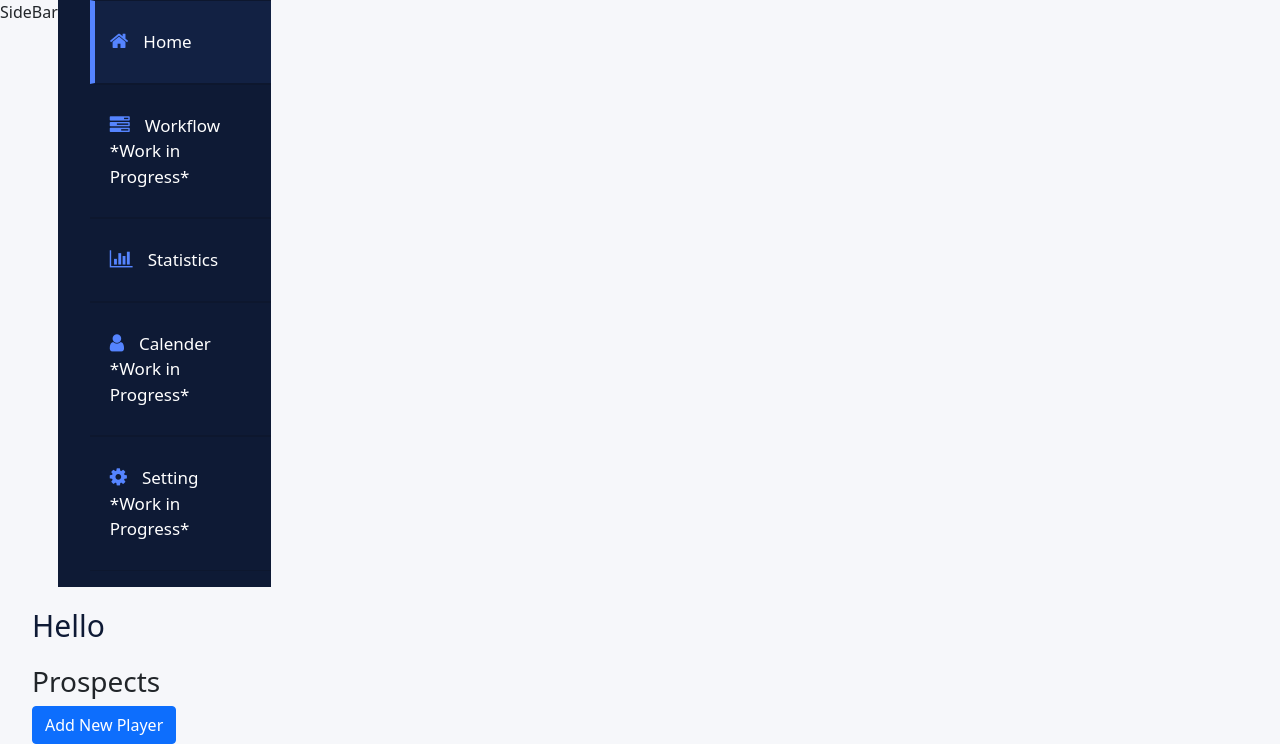
Repository: qfernandez/rangers-project
Page: http://localhost/main
The author's editor kept a record of every edit. The page is drawn from the files as they stood at one moment, then again after the next edit.
The browser window is 1280 px wide. The pictures show the whole page.
Some web libraries are served in a nearby version. The page is served by the project's Node server (app.js). Queries for data that is not in the repository find no rows.

Above is the page before.
Console error: ReferenceError: $ is not defined

### views/main.ejs
<%- include('partials/header.ejs') %>
                    <div class="user-dashboard">
                        <h1>Hello</h1>
                        <h3>Prospects</h3>
                            <div class="row">
                                <form action="/addPlayer">
                                    <button class="btn btn-primary"> Add New Player </button>
                                </form>

                                <!--Lists the players-->
                              <% playerList.forEach(function(player){  %>
                               <div class="col-lg-4 col-md-6 mb-4">
                                 <div class="card h-100">
                                  <div class="card-body">
                                    <h5 class="card-title">
                                        <img class='col-sm-4 portrait' src=<%=player.playerPicture%> />
                                        Name: <%= player.playerName %> <br>
                                        Position: <%= player.playerPosition %> <br>
                                        Age: <%= player.playerAge %> <br>
                                        <a class="btn btn-primary btn-sm" href="/playerView?name=<%= player.playerName %>">Info</a>
                                        <a class="btn btn-primary btn-sm" href="/edit?name=<%= player.playerName %>">Update</a>
                                        <a onclick="deleteConfirm()" class="btn btn-primary btn-sm" href="/deletePlayer?id=<%= player.playerId %>">Delete</a>
                                    </h5>
                                    </div>
                                  </div>
                               </div>
                               <!--<div class="offcanvas offcanvas-end" tabindex="-1" id="offcanvasRight" aria-labelledby="offcanvasRightLabel">-->
                               <!--     <div class="offcanvas-header">-->
                               <!--         <h5 id="offcanvas-title" id="offcanvasScrollingLabel"></h5><%= player.playerName %></h5><br>-->
                               <!--         <div class="offcanvas-body">-->
                               <!--             <img class='col-sm-10 portrait' src=<%=player.playerPicture%> /><br>-->
                               <!--             Position: <%= player.playerPosition %><br>-->
                               <!--             Age: <%= player.playerAge %> <br>-->
                               <!--             Height: <%= player.playerHeight %> <br>-->
                               <!--             Weight: <%= player.playerWeight %> <br>-->
                               <!--             Bats: <%= player.playerBats %> <br>-->
                               <!--             Throws: <%= player.playerThrows %> <br>-->
                               <!--             Grade: <%= player.playerGrade %> <br>-->
                               <!--             Notes: <%= player.playerNotes %> <br>-->
                               <!--         </div>-->
                               <!--     <button type="button" class="btn-close text-reset" data-bs-dismiss="offcanvas" aria-label="Close"></button>-->
                               <!--   </div>-->
                               <!-- </div>-->
                            <% }) %>
</body>
</html>

### views/partials/header.ejs
<!DOCTYPE html>
<html>
    <head>
        <title>Texas Rangers Project</title>
        <script type="text/javascript" src="functions/functions.js"></script>
        <script src="https://ajax.googleapis.com/ajax/libs/jquery/3.2.1/jquery.min.js"></script>
        <link rel="stylesheet" href="css/styles.css" type="text/css"/>
        <link href="https://cdn.jsdelivr.net/npm/bootstrap@5.1.3/dist/css/bootstrap.min.css" rel="stylesheet" integrity="sha384-1BmE4kWBq78iYhFldvKuhfTAU6auU8tT94WrHftjDbrCEXSU1oBoqyl2QvZ6jIW3" crossorigin="anonymous">
        <script src="https://cdn.jsdelivr.net/npm/@popperjs/core@2.10.2/dist/umd/popper.min.js" integrity="sha384-7+zCNj/IqJ95wo16oMtfsKbZ9ccEh31eOz1HGyDuCQ6wgnyJNSYdrPa03rtR1zdB" crossorigin="anonymous"></script>
        <script src="https://cdn.jsdelivr.net/npm/bootstrap@5.1.3/dist/js/bootstrap.min.js" integrity="sha384-QJHtvGhmr9XOIpI6YVutG+2QOK9T+ZnN4kzFN1RtK3zEFEIsxhlmWl5/YESvpZ13" crossorigin="anonymous"></script>
    </head>
    <link href="https://maxcdn.bootstrapcdn.com/font-awesome/4.6.3/css/font-awesome.min.css" rel="stylesheet" integrity="sha384-T8Gy5hrqNKT+hzMclPo118YTQO6cYprQmhrYwIiQ/3axmI1hQomh7Ud2hPOy8SP1" crossorigin="anonymous">

    <!--Deprecated Admin Page-->

    <body class="home">
        <div class="container-fluid display-table">
            <div class="row display-table-row">
                SideBar
                <div class="col-md-2 col-sm-1 hidden-xs display-table-cell v-align box" id="navigation">
                    <div class="navi">
                        <ul>
                            <li class="active"><a href="/main"><i class="fa fa-home" aria-hidden="true"></i><span class="hidden-xs hidden-sm">Home</span></a></li>
                            <li><a href="/main"><i class="fa fa-tasks" aria-hidden="true"></i><span class="hidden-xs hidden-sm">Workflow *Work in Progress*</span></a></li>
                            <li><a href="#"><i class="fa fa-bar-chart" aria-hidden="true"></i><span class="hidden-xs hidden-sm">Statistics</span></a></li>
                            <li><a href="/calendar"><i class="fa fa-user" aria-hidden="true"></i><span class="hidden-xs hidden-sm">Calender *Work in Progress*</span></a></li>
                            <li><a href="#"><i class="fa fa-cog" aria-hidden="true"></i><span class="hidden-xs hidden-sm">Setting *Work in Progress*</span></a></li>
                        </ul>
                    </div>
                </div>
                <div class="col-md-10 col-sm-11 display-table-cell v-align">
                    <!--Not Using these functions at the moment-->
                    <!--<button type="button" class="slide-toggle">Slide Toggle</button> -->
                    <!--<div class="row">-->
                    <!--    <header>-->
                    <!--        <div class="col-md-7">-->
                                <!--<nav class="navbar-default pull-left">-->
                                    <!--<div class="navbar-header">-->
                                    <!--    <button type="button" class="navbar-toggle collapsed" data-toggle="offcanvas" data-target="#side-menu" aria-expanded="false">-->
                                    <!--        <span class="sr-only">Toggle navigation</span>-->
                                    <!--        <span class="icon-bar"></span>-->
                                    <!--        <span class="icon-bar"></span>-->
                                    <!--        <span class="icon-bar"></span>-->
                                    <!--    </button>-->
                                    <!--</div>-->
                                <!--</nav>-->
                                <!--<div class="search hidden-xs hidden-sm">-->
                                <!--    <input type="text" placeholder="Search" id="search">-->
                                <!--</div>-->
                    <!--        </div>-->
                    <!--        <div class="col-md-5">-->
                    <!--            <div class="header-rightside">-->
                    <!--                <ul class="list-inline header-top pull-right">-->
                    <!--                    <li><a href="#"><i class="fa fa-envelope" aria-hidden="true"></i></a></li>-->
                    <!--                    <li class="dropdown">-->
                    <!--                        <ul class="dropdown-menu">-->
                    <!--                            <li>-->
                    <!--                                <div class="navbar-content">-->
                    <!--                                    <p class="text-muted small">-->
                    <!--                                    </p>-->
                    <!--                                    <div class="divider">-->
                    <!--                                    </div>-->
                    <!--                                    <a href="#" class="view btn-sm active">View Profile</a>-->
                    <!--                                </div>-->
                    <!--                            </li>-->
                    <!--                        </ul>-->
                    <!--                    </li>-->
                    <!--                </ul>-->
                    <!--            </div>-->
                    <!--        </div>-->
                    <!--    </header>-->
                    <!--</div>-->

Loaded but not shown: public/functions/functions.js (360 lines, source omitted); app.js (264 lines, source omitted); public/css/styles.css (1175 lines, source omitted)

After the next edit:
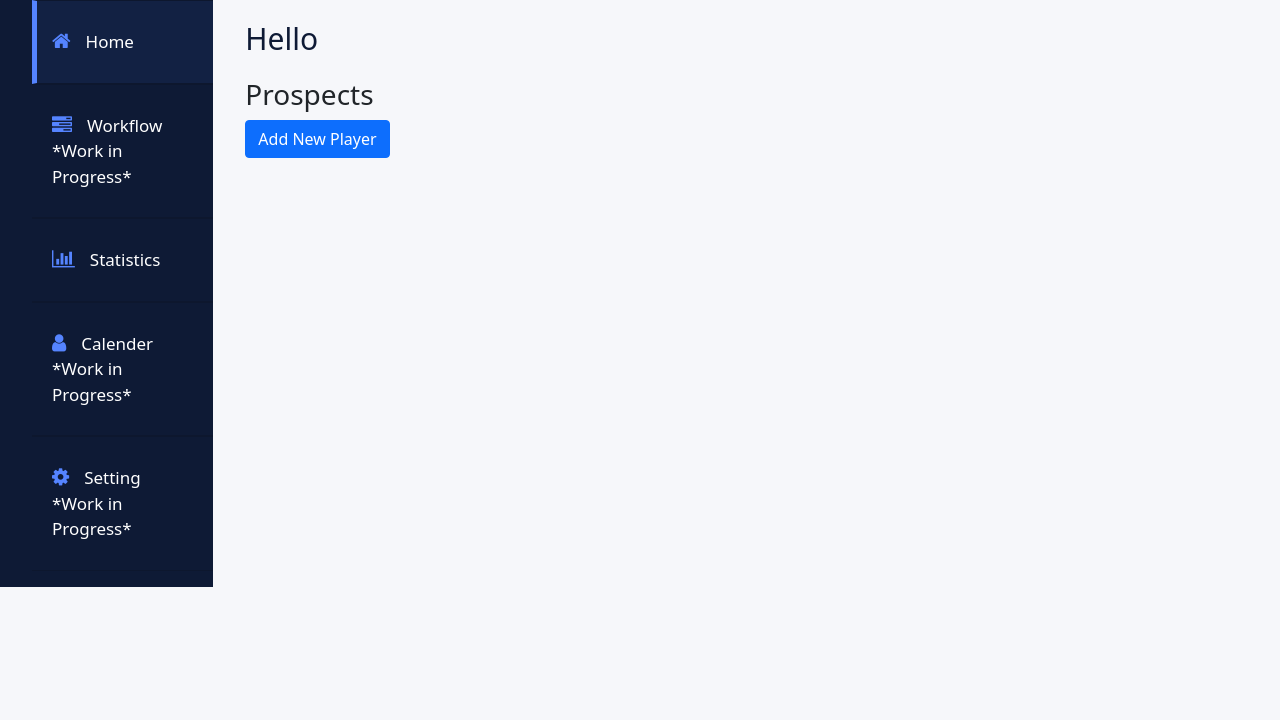
The edit:
--- a/views/partials/header.ejs
+++ b/views/partials/header.ejs
@@ -16,7 +16,7 @@
     <body class="home">
         <div class="container-fluid display-table">
             <div class="row display-table-row">
-                SideBar
+                <!--SideBar-->
                 <div class="col-md-2 col-sm-1 hidden-xs display-table-cell v-align box" id="navigation">
                     <div class="navi">
                         <ul>
